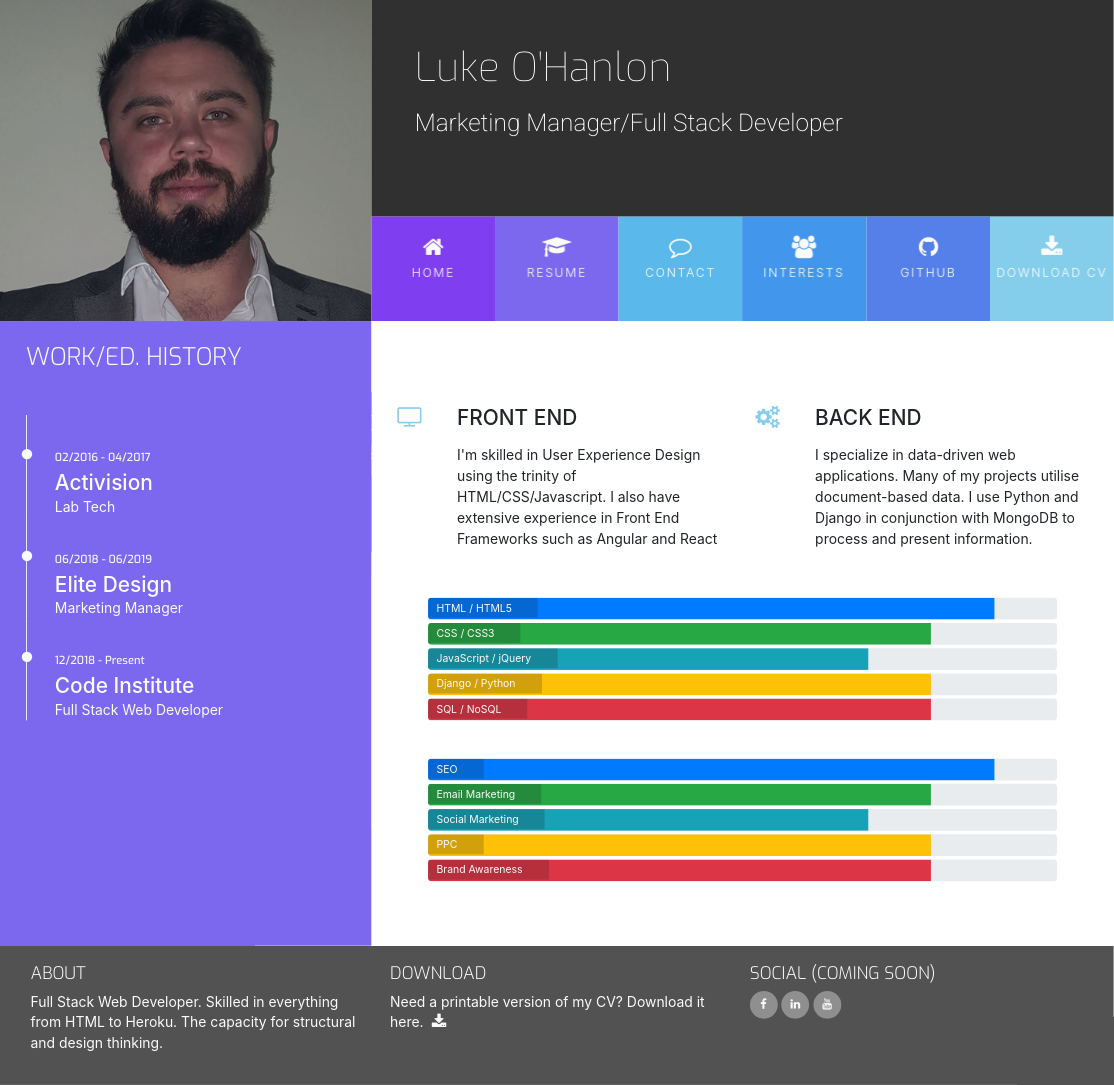
Repository: luke0han/my-resume
Page: resume.html
The author's editor kept a record of every edit. The page is drawn from the files as they stood at one moment, then again after the next edit.
The browser window is 1280 px wide. The pictures show the whole page, at 87% of full size.
Some web libraries are served in a nearby version.

Above is the page before.

### resume.html
<!DOCTYPE html>
<html lang="en">

<head>
    <meta charset="UTF-8">
    <meta name="viewport" content="width=device-width, initial-scale=1.0">
    <meta http-equiv="X-UA-Compatible" content="ie=edge">
    <link rel="stylesheet" href="https://maxcdn.bootstrapcdn.com/bootstrap/4.2.1/css/bootstrap.min.css" type="text/css" />
    <link rel="stylesheet" href="https://maxcdn.bootstrapcdn.com/font-awesome/4.7.0/css/font-awesome.min.css" type="text/css" />
    <link rel="stylesheet" href="https://cdnjs.cloudflare.com/ajax/libs/hover.css/2.1.1/css/hover-min.css" type="text/css" />
    <link rel="stylesheet" href="assets/css/style.css">
    <title>Luke O'Hanlon</title>
</head>

<body>
    <header>
        <div class="row no-gutters">
            <a class="col-md-4 logo" href="02-index.html"></a>
            <div class="col-md-8">
                <div class="row no-gutters bg-color-name-title">
                    <div class="col heading">
                        <h1 class="name">Luke O'Hanlon</h1>
                        <h2 class="title">Marketing Manager/Full Stack Developer</h2>
                    </div>
                </div>
                <div class="row no-gutters">
                    <div class="col">
                        <ul id="nav" class="list-inline menucontainer">
                            <li class="col-6 col-sm-2 ui-menu-color-home list-inline-item menuitem">
                                <a href="index.html" class="hvr-sweep-to-bottom"><i class="fa fa-home" aria-hidden="true"></i><span>Home</span></a>
                            </li>
                            <li class="col-6 col-sm-2 ui-menu-color-resume list-inline-item menuitem">
                                <a href="resume.html" class="hvr-sweep-to-bottom"><i class="fa fa-graduation-cap" aria-hidden="true"></i><span>Resume</span></a>
                            </li>
                            <li class="col-6 col-sm-2 ui-menu-color-contact list-inline-item menuitem">
                                <a href="contact.html" class="hvr-sweep-to-bottom"><i class="fa fa-comment-o" aria-hidden="true"></i><span>Contact</span></a>
                            </li>
                            <li class="col-6 col-sm-2 ui-menu-color-interests list-inline-item menuitem">
                                <a href="interests.html" class="hvr-sweep-to-bottom"><i class="fa fa-users" aria-hidden="true"></i><span>Interests</span></a>
                            </li>
                            <li class="col-6 col-sm-2 ui-menu-color-github list-inline-item menuitem">
                                <a href="github.html" class="hvr-sweep-to-bottom"><i class="fa fa-github" aria-hidden="true"></i><span>GitHub</span></a>
                            </li>
                            <li class="col-6 col-sm-2 ui-menu-color-download list-inline-item menuitem">
                                <a href="assets/cv/Luke O'Hanlon.pdf" target="_blank" class="hvr-sweep-to-bottom"><i class="fa fa-download" aria-hidden="true"></i><span>Download CV</span></a>
                            </li>
                        </ul>
                    </div>
                </div>
            </div>
        </div>
    </header>
    <section class="container-fluid">
        <div class="row">
            <div class="col-md-4 bg-color-work-history section-column">
                <div class="row">
                    <div class="col-12">
                        <h3 class="history-heading uppercase">
                            Work/Ed. History
                        </h3>
                    </div>
                </div>
                <div class="history-items">
                    <div class="timeline-item" data-dates="02/2016 - 04/2017">
                        <h4>Activision</h4>
                        <p>Lab Tech</p>
                    </div>

                    <div class="timeline-item" data-dates="06/2018 - 06/2019">
                        <h4>Elite Design</h4>
                        <p>Marketing Manager</p>
                    </div>
                    <div class="timeline-item" data-dates="12/2018 - Present">
                        <h4>Code Institute</h4>
                        <p>Full Stack Web Developer</p>
                    </div>
                </div>
            </div>
            <div class="col-md-8 bg-color-three-reasons section-column">
                <div class="row">
                    <div class="col">
                        <h3 class="section-heading uppercase">My Skills</h3>
                    </div>
                </div>
                <div class="row">
                    <div class="col-10 offset-1 offset-sm-0 col-sm-4 col-md-6">
                        <div class="row">
                            <div class="col-2">
                                <i class="three-reasons-icon fa fa-tv" aria-hidden="true"></i>
                            </div>
                            <div class="col-10">
                                <h4 class="three-reasons-heading uppercase">Front End</h4>
                                <p>
                                    I'm skilled in User Experience Design using the trinity of HTML/CSS/Javascript. I also have extensive experience in Front End Frameworks such as Angular and React
                                </p>
                            </div>
                        </div>
                    </div>
                    <div class="col-10 offset-1 offset-sm-0 col-sm-4 col-md-6">
                        <div class="row">
                            <div class="col-2">
                                <i class="three-reasons-icon fa fa-gears" aria-hidden="true"></i>
                            </div>
                            <div class="col-10">
                                <h4 class="three-reasons-heading uppercase">Back End</h4>
                                <p>
                                    I specialize in data-driven web applications. Many of my projects utilise document-based data. I use Python and Django in conjunction with MongoDB to process and present information.
                                </p>
                            </div>
                        </div>
                    </div>
                </div>
                <div class="row progress-section">
                    <div class="col">
                        <div class="progress">
                            <div class="progress-bar" role="progressbar" aria-valuenow="90" aria-valuemin="0" aria-valuemax="100" style="width:90%;">
                                <span class="sr-only">90% complete</span>
                            </div>
                            <span class="progress-type">HTML / HTML5</span>
                        </div>
                        <div class="progress">
                            <div class="progress-bar bg-success" role="progressbar" aria-valuenow="80" aria-valuemin="0" aria-valuemax="100" style="width:80%;">
                                <span class="sr-only">80% complete</span>
                            </div>
                            <span class="progress-type">CSS / CSS3</span>
                        </div>
                        <div class="progress">
                            <div class="progress-bar bg-info" role="progressbar" aria-valuenow="70" aria-valuemin="0" aria-valuemax="100" style="width:70%;">
                                <span class="sr-only">70% complete</span>
                            </div>
                            <span class="progress-type">JavaScript / jQuery</span>
                        </div>
                        <div class="progress">
                            <div class="progress-bar bg-warning" role="progressbar" aria-valuenow="80" aria-valuemin="0" aria-valuemax="100" style="width:80%;">
                                <span class="sr-only">80% complete</span>
                            </div>
                            <span class="progress-type">Django / Python</span>
                        </div>
                        <div class="progress">
                            <div class="progress-bar bg-danger" role="progressbar" aria-valuenow="80" aria-valuemin="0" aria-valuemax="100" style="width:80%;">
                                <span class="sr-only">60% complete</span>
                            </div>
                            <span class="progress-type">SQL / NoSQL</span>
                        </div>
                    </div>

                </div>
                <div class="row progress-section">
                    <div class="col">
                        <div class="progress">
                            <div class="progress-bar" role="progressbar" aria-valuenow="90" aria-valuemin="0" aria-valuemax="100" style="width:90%;">
                                <span class="sr-only">100% complete</span>
                            </div>
                            <span class="progress-type">SEO</span>
                        </div>
                        <div class="progress">
                            <div class="progress-bar bg-success" role="progressbar" aria-valuenow="80" aria-valuemin="0" aria-valuemax="100" style="width:80%;">
                                <span class="sr-only">85% complete</span>
                            </div>
                            <span class="progress-type">Email Marketing</span>
                        </div>
                        <div class="progress">
                            <div class="progress-bar bg-info" role="progressbar" aria-valuenow="70" aria-valuemin="0" aria-valuemax="100" style="width:70%;">
                                <span class="sr-only">80% complete</span>
                            </div>
                            <span class="progress-type">Social Marketing</span>
                        </div>
                        <div class="progress">
                            <div class="progress-bar bg-warning" role="progressbar" aria-valuenow="80" aria-valuemin="0" aria-valuemax="100" style="width:80%;">
                                <span class="sr-only">85% complete</span>
                            </div>
                            <span class="progress-type">PPC</span>
                        </div>
                        <div class="progress">
                            <div class="progress-bar bg-danger" role="progressbar" aria-valuenow="80" aria-valuemin="0" aria-valuemax="100" style="width:80%;">
                                <span class="sr-only">80% complete</span>
                            </div>
                            <span class="progress-type">Brand Awareness</span>
                        </div>
                    </div>

                </div>
            </div>
        </div>

    </section>
    <footer class="container-fluid">
        <div id="footer-details" class="row">
            <div class="col-sm-4">
                <h5 class="uppercase general-sub">About</h5>
                <p class="inline-block">
                    Full Stack Web Developer. Skilled in everything from HTML to Heroku. The capacity for structural and design thinking.
                </p>
            </div>
            <div class="col-sm-4">
                <h5 class="uppercase general-sub">Download</h5>
                <p class="inline-block">
                    Need a printable version of my CV? Download it here.
                    <a href="assets/cv/Luke O'Hanlon.pdf" target="_blank" class="cv-pdf">
                        <i class="fa fa-download" aria-hidden="true"></i>
                        <span class="sr-only">Download link.</span>
                    </a>
                </p>
            </div>
            <div class="col-sm-4">
                <h5 class="uppercase general-sub">Social (Coming Soon)</h5>
                <ul class="list-inline social-links">
                    <li class="list-inline-item">
                        <a target="_blank" href="#">
                            <i class="fa fa-facebook" aria-hidden="true"></i>
                            <span class="sr-only">Facebook</span>
                        </a>
                    </li>
                    <li class="list-inline-item">
                        <a target="_blank" href="#">
                            <i class="fa fa-linkedin" aria-hidden="true"></i>
                            <span class="sr-only">LinkedIn</span>
                        </a>
                    </li>
                    <li class="list-inline-item">
                        <a target="_blank" href="#">
                            <i class="fa fa-youtube" aria-hidden="true"></i>
                            <span class="sr-only">YouTube</span>
                        </a>
                    </li>
                </ul>
            </div>
        </div>
    </footer>
</body>

</html>

### assets/css/style.css
@import url('https://fonts.googleapis.com/css?family=Lato:300,400|Roboto:100,200,300,400,500,600,700|Exo:100,200,300,400,500,600,700');
/*****************************************COLORS***************************************/

.bg-color-name-title {
    background-color: #303030;
}

.bg-color-three-reasons{
    background-color: #fff;
}
.ui-menu-color-home {
    background-color: #803ef1;
}

.ui-menu-color-resume {
    background-color: #7B68EE;
}

.ui-menu-color-contact {
    background-color: #5ab9ea;
}

.ui-menu-color-download {
    background-color: #84ceeb;
}

.bg-color-personal-info {
    background-color: #803ef1;
}

.bg-color-work-history {
    background-color: #7B68EE;
}

.ui-menu-color-interests {
    background-color: #4297ed;
}


.ui-menu-color-github {
    background-color: #5680e9;
}

/*****************************************Special paddings/margins/text***************************************/

h1,
h2,
h3,
h4 {
    margin: 0;
}

.uppercase {
    text-transform: uppercase;
}

.construction {
    font-size: 9px;
    font-weight: lighter;
    text-align: center;
}

.general-sub {
    font-family: "Exo", sans-serif;
    font-weight: 300;
    color: #fafafa;
}

.inline-block {
    display: inline-block;
}

.row-table {
    display: table;
}

.section-column {
    display: table-cell;
    padding: 0 30px 30px;
    float: none;
}
.history-heading,
.section-heading {
    font-family: "Exo", sans-serif;
    font-weight: 300;
    margin-top:25px;
    margin-bottom: 40px;
    color: #fff;
}

.heading-home {
    margin-top: -25px;
}

/*****************************************HEADING***************************************/

header {
    margin: 0;
}

.heading {
    margin-left: 50px;
}

.logo {
    background: url("../images/luke.jpg");
    background-position: center;
    background-repeat: no-repeat;
    background-size: cover;
    min-height: 360px;
    transition: all .5s ease-in-out;
    -moz-transition: all .5s ease-in-out;
    -webkit-transition: all .5s ease-in-out;
}

.name {
    font-family: "Exo", sans-serif;
    font-weight: 100;
    font-size: 46px;
    margin-top: 50px;
    color: #fff;
}

.title {
    font-family: "Roboto", sans-serif;
    font-weight: 200;
    font-size: 28px;
    margin-top: 20px;
    margin-bottom: 90px;
    color: #fff;
}

.list-inline-item:not(:last-child) {
    margin: 0;
}

.menucontainer {
    font-size: 0;
}

#nav {
    margin: 0;
}

#nav li {
    font-size: 14px;
    padding: 0;
}

.menuitem {
    height: 120px;
    text-align: center;
    padding: 0;
}

.menuitem a {
    width: 100%;
    text-decoration: none;
    color: #fff;
    height: 120px;
}

.menuitem a i {
    padding-top: 22px;
    display: block;
    color: #fafafa;
    font-size: 26px;
}

.menuitem span {
    display: block;
    width: 100%;
    padding-top: 5px;
    text-align: center;
    text-transform: uppercase;
    font-size: 14px;
    font-weight: 300;
    letter-spacing: 2px;
}

/*****************************************HOVER.CSS***************************************/

.hvr-sweep-to-bottom:before {
    background: rgba(0, 0, 0, 0.2);
    height: 120px;
}

/*****************************************Footer***************************************/

footer {
    background-color: #525252;
    color: #fafafa;
    min-height: 120px;
    margin: 0;
}

.cv-pdf i {
    font-size: 18px;
    color:#fafafa;
    text-align: center;
    padding-left: 5px;

}

.cv-pdf i:hover {
    color: #8860d0;
    transition: all 0.35s ease-in-out;
    -moz-transition: all 0.35s ease-in-out;
    -webkit-transition: all 0.35s ease-in-out;
    -o-transition: all 0.35s ease-in-out;
}

.social-links {
    padding-bottom: 15px;
}

.social-links li a i {
    width: 32px;
    height: 32px;
    padding: 12px 0;
    border-radius: 50%;
    font-size: 13px;
    line-height: 7px;
    text-align: center;
    color:#fafafa;
    background: #8f8f8f;
    transition: all 0.35s ease-in-out;
    -moz-transition: all 0.35s ease-in-out;
    -webkit-transition: all 0.35s ease-in-out;
    -o-transition: all 0.35s ease-in-out;
}

.social-links li a i:hover {
    background-color: #5ab9ea;
}

#footer-details {
    padding: 20px;
}

/*****************************************Three Reasons***************************************/

.three-reasons-icon {
    font-size:26px;
    color:#84ceeb;
}

.three-reasons-heading {
    margin-bottom: 15px;
}

/*****************************************Personal Info***************************************/

.personal-info-item {
    margin-bottom: 20px;
    display: block;
    clear: both;
     color: #fff;
}

.personal-info-item .key,
.personal-info-item .value {
    padding-right: 8px;
    display: inline-block;
}

.personal-info-item .key p,
.personal-info-item .value p {
    margin:0;
}

.personal-info-item .key {
    width:30%;
    margin-right: 21px;
    padding-top:2px;
    vertical-align: top;
}

.personal-info-item .key p {
    font-weight: 700;
}

.personal-info-item .value {
    position: relative;
    width:60%;
}

/*****************************************Skills***************************************/

.progress {
    position: relative;
    height: 25px;
    margin-bottom: 4px;
}

.progress-type {
    position: absolute;
    left: 0px;
    font-weight: 400;
    padding: 3px 30px 2px 10px;
    color: #fafafa;
    background-color: rgba(25, 25, 25, 0.2);
}

.progress-section {
    margin: 40px 20px;
}

/*****************************************Work History***************************************/

.history-heading {
    color: #fafafa;
    margin-bottom: 50px;
}

.timeline-item {
    padding: 4em 2em 0em 2em;
    position: relative;
    color: #fafafa;
    border-left: 1px solid;
}

.timeline-item p {
    padding: 0;
    margin: 0;
}

.timeline-item:before {
    content: attr(data-dates);
    position: absolute;
    left: 2.5em;
    top: 3em;
    display: block;
    font-family: "Exo", sans-serif;
    font-weight: 500;
    font-size: 0.8em;
    padding: 0;
    margin: 0;
}

.timeline-item:after {
    width: 12px;
    height: 12px;
    display: block;
    top: 2.4em;
    position: absolute;
    left: -6px;
    border-radius: 12px;
    content: '';
    background: #fafafa;
}

.history-items {
    margin-bottom: 30px;
}

/*****************************************Contact Form***************************************/

.contact-heading {
    font-family: "Exo", sans-serif;
    font-weight: 300;
    margin-top: 25px;
    margin-bottom: 20px;
}

.center-form {
    padding-top: 10px;
    margin: 0 auto;
    max-width: 70%;
}

button[type="submit"] {
    margin-top: 15px;
    margin-bottom: 80px;
    color: #fafafa;
    background-color: #5ab9ea;

}
.contact-btn {
    background-color: #5ab9ea;
    margin: 10px 0 40px 0;
}

.contact-btn:active {
    background-color: #44b5ed;
    padding: 1.1em 1em 1.1em 1em;
}
.contact-btn:hover {
    background-color: #3eb4ef;
}

#map {min-height: 360px;}

/*****************************************Media Queries***************************************/

@media(min-width: 992px) {
    .center-form {
        padding-top: 30px;
        min-height: 240px;
        margin: 0 auto;
        max-width: 50%;
    }
}

After the next edit:
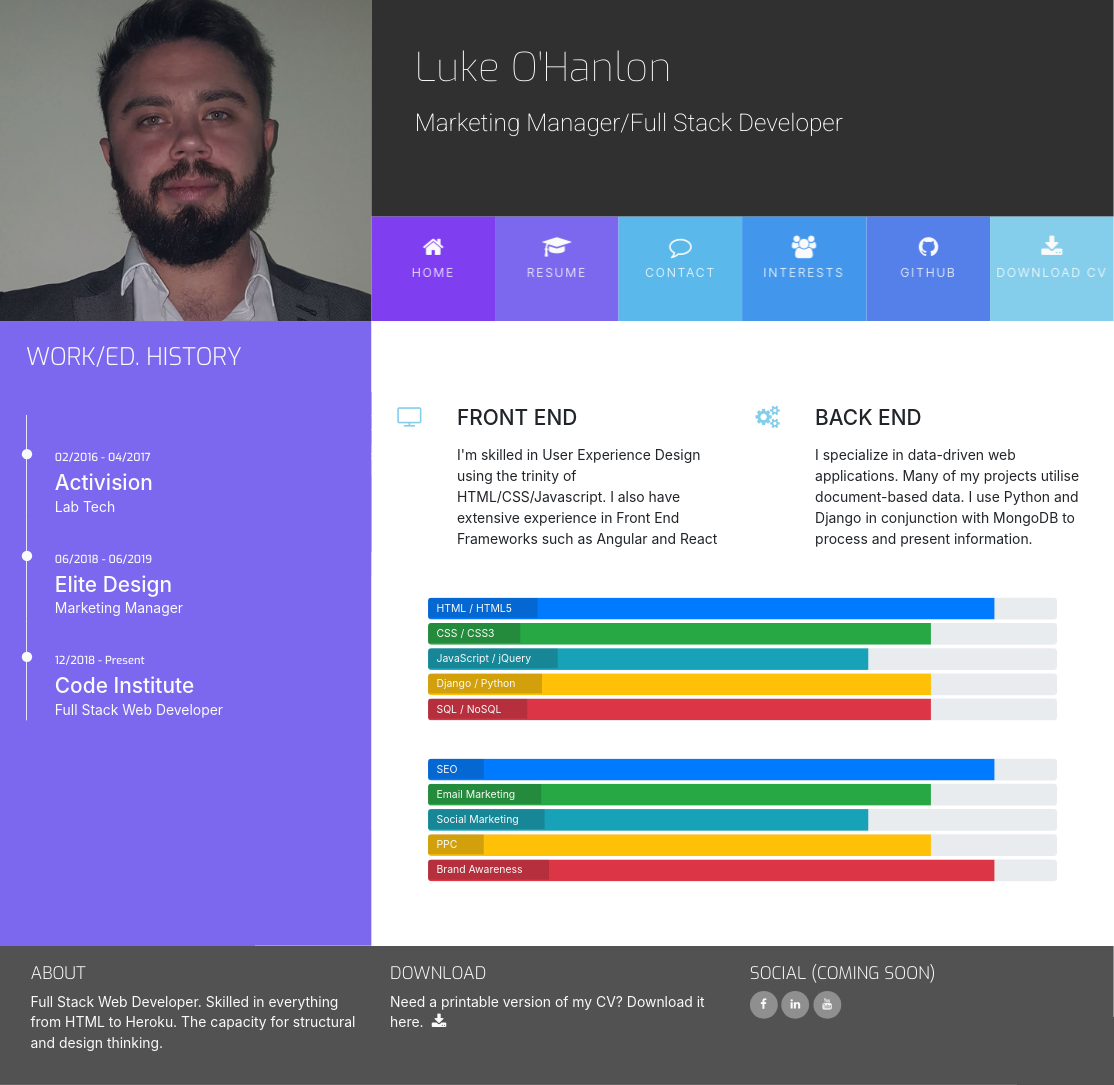
The edit:
--- a/resume.html
+++ b/resume.html
@@ -172,8 +172,8 @@
                             <span class="progress-type">PPC</span>
                         </div>
                         <div class="progress">
-                            <div class="progress-bar bg-danger" role="progressbar" aria-valuenow="80" aria-valuemin="0" aria-valuemax="100" style="width:80%;">
-                                <span class="sr-only">80% complete</span>
+                            <div class="progress-bar bg-danger" role="progressbar" aria-valuenow="80" aria-valuemin="0" aria-valuemax="100" style="width:90%;">
+                                <span class="sr-only">90% complete</span>
                             </div>
                             <span class="progress-type">Brand Awareness</span>
                         </div>
